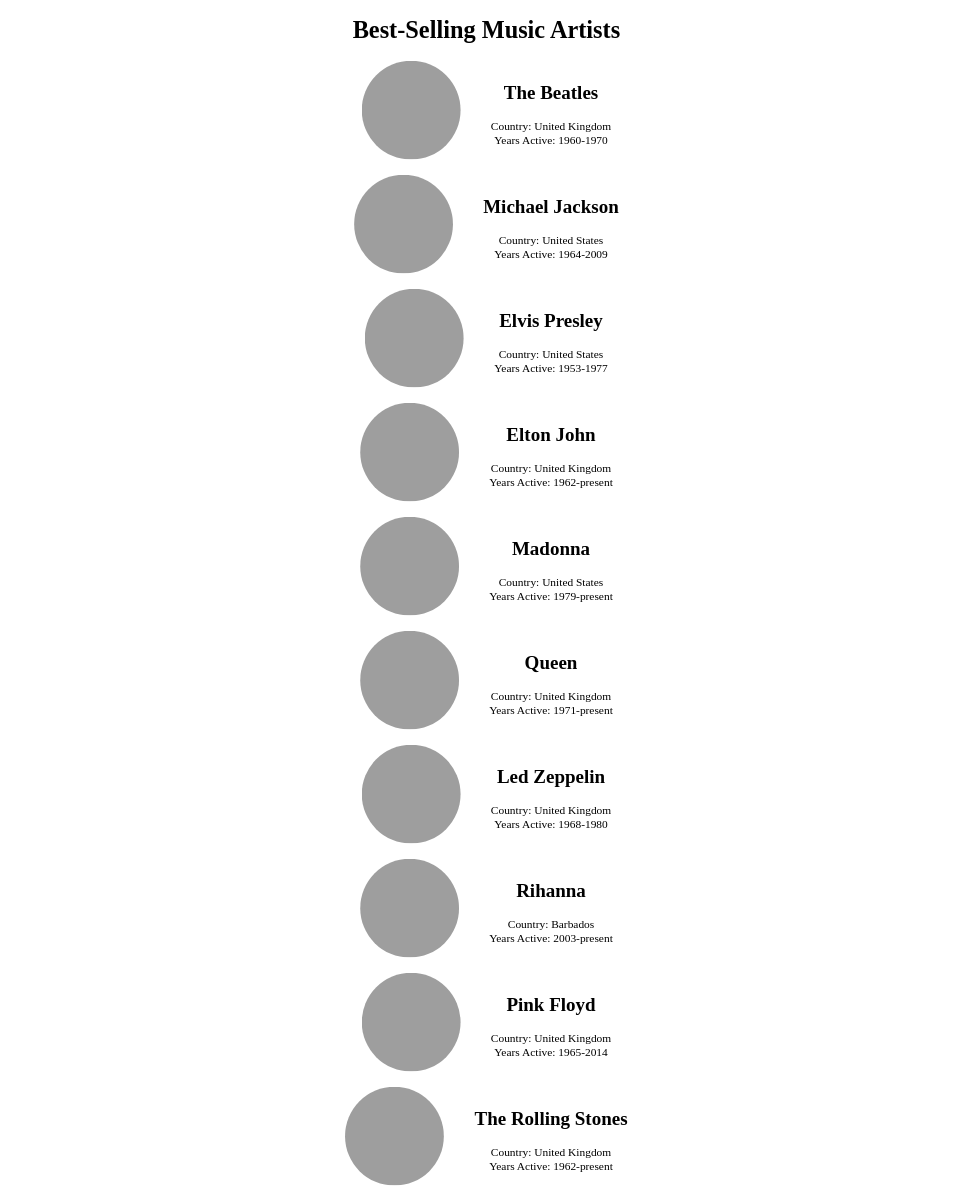
Repository: SamanthaYan298/my_artists
Page: /
The author's editor kept a copy of each file at every save. The page is drawn from the files as they stood at one save, then again after the next save.
The browser window is 1280 px wide. The pictures show the whole page, at 76% of full size.
Pictures or frames that could not be fetched are drawn as grey boxes. The project was rebuilt for these pictures with package versions that can differ from the ones it lists, and the page was loaded fresh each time. Also part of the build but not shown: vite.config.js.

Above is the page before, as saved 2024-09-16 18:21:00.

After the next save:
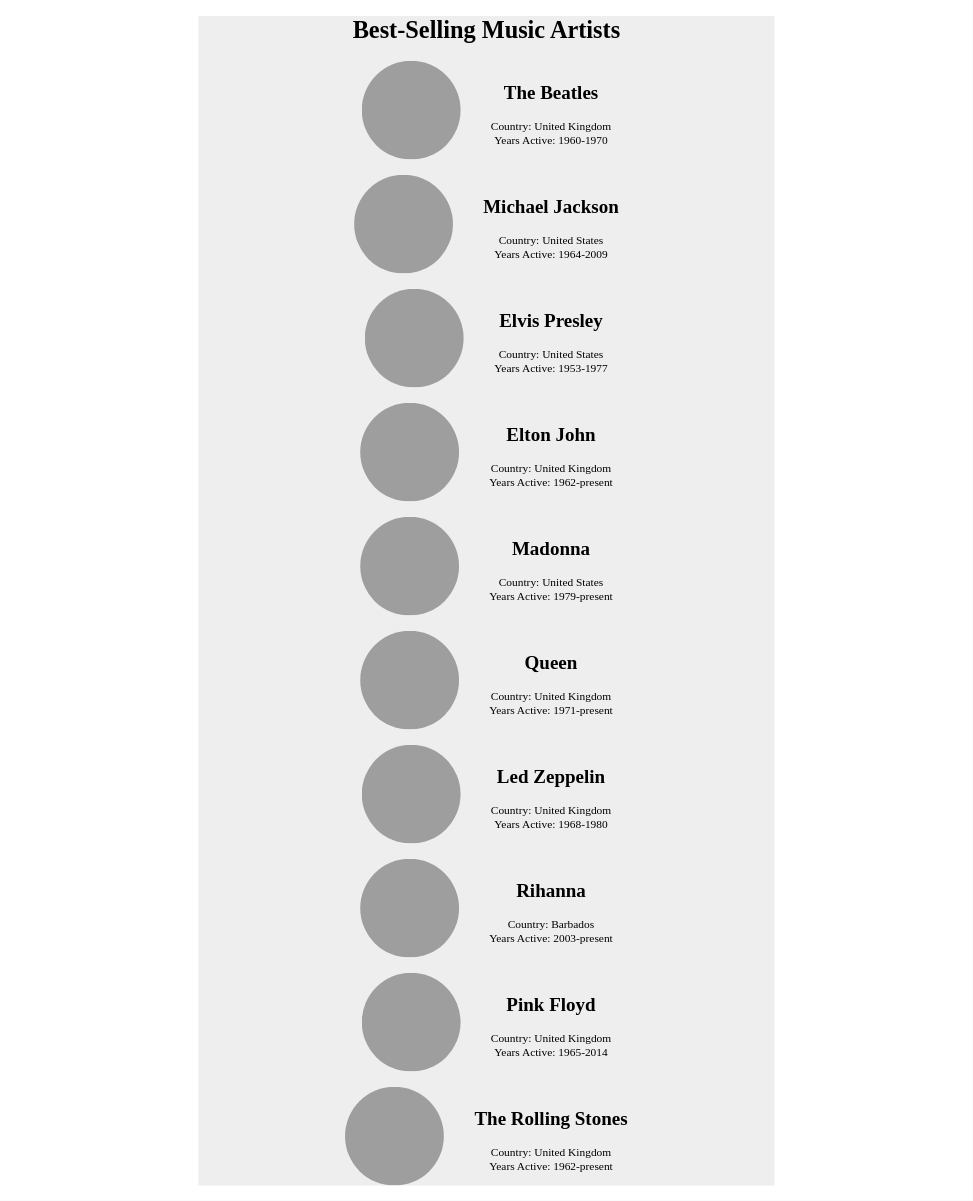
Saved 20 s later.
--- a/src/index.css
+++ b/src/index.css
@@ -1,6 +1,9 @@
 .layout {
     align-items: center;
     text-align: center;
+    width: 60%;
+    background-color: #eee;
+    margin: 0 auto;
 }
 
 .main-containter {
